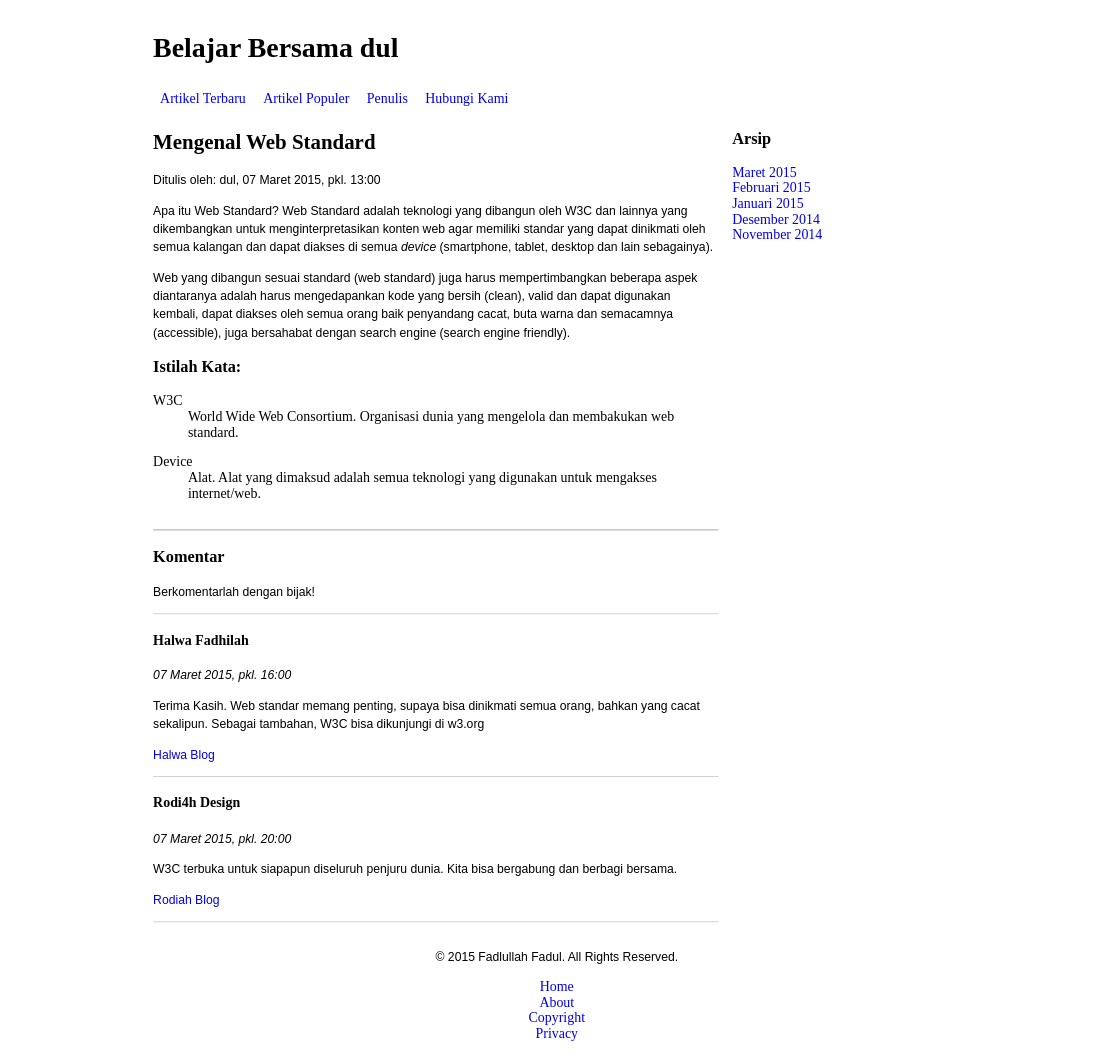
Repository: shandytp/surabaya-hijrah
Page: http://localhost/1.php
The author's editor kept a copy of each file at every save. The page is drawn from the files as they stood at one save, then again after the next save.
The browser window is 1280 px wide. The pictures show the whole page, at 87% of full size.
Some web libraries are served in a nearby version. The page is run by PHP 8.4 with error messages shown; the project is at /var/www/html/.

Above is the page before, as saved 2019-08-20 21:42:40.

After the next save:
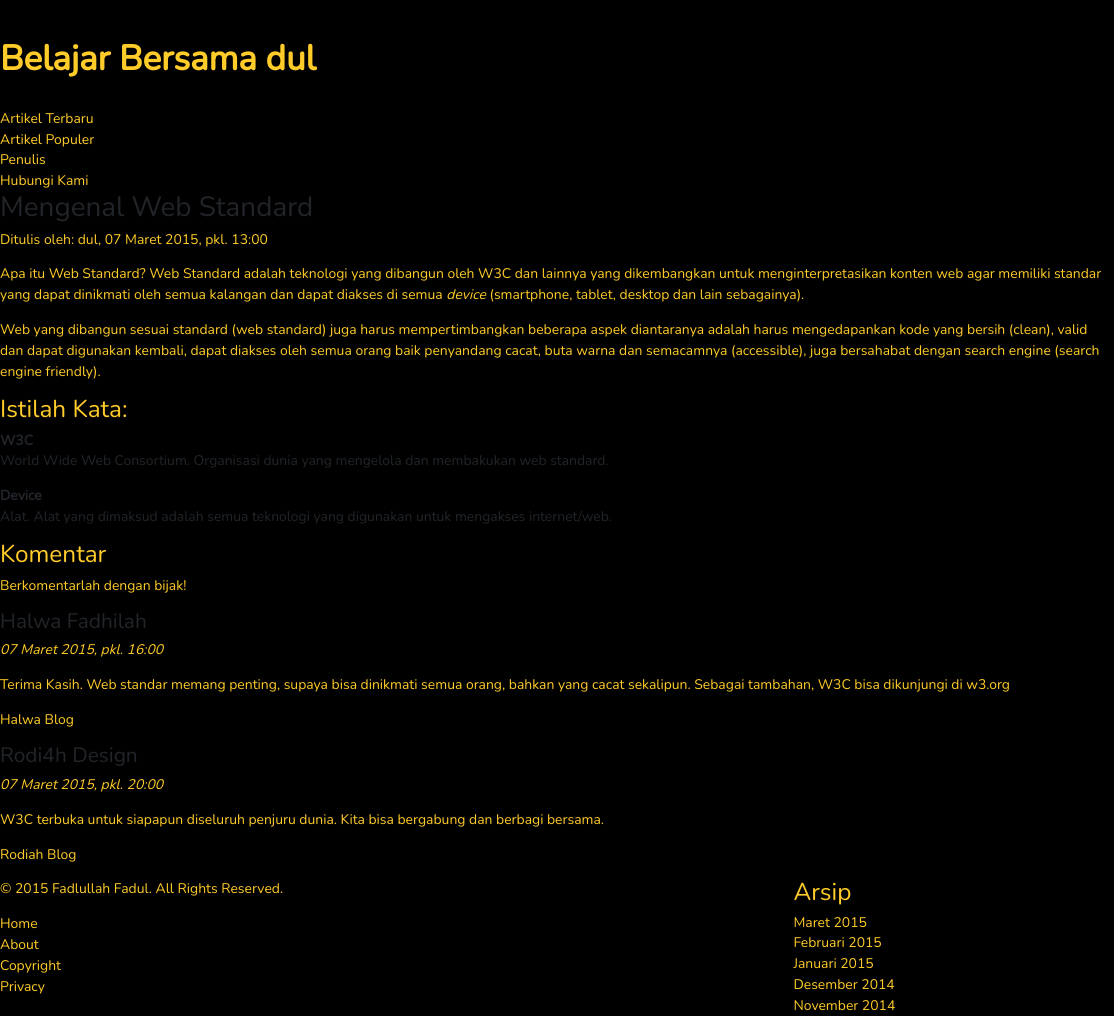
Console error: TypeError: Cannot read properties of undefined (reading 'fn')
Saved 37 s later.
--- a/1.php
+++ b/1.php
@@ -1,71 +1,38 @@
 <!DOCTYPE html>
-<html lang="id">
+<html lang="en">
 <head>
-<meta charset="utf-8" />
-<meta name="viewport" content="width=device-width, initial-scale=1.0" />
-<title>Mengenal Web Standard</title>
-<style>
-body {
-  -webkit-box-sizing: border-box;
-  -moz-box-sizing: border-box;
-  box-sizing: border-box;
-  width: 100%;
-  max-width: 960px;
-  margin:0 auto;
-  padding: 1em;
-  font-size: 100%;
-}
-p {
-  font-family: Arial, Helvetica, sans-serif;
-  font-size: 0.875em;
-  line-height: 1.5;
-}
-a {
-  text-decoration: none;
-}
-a:hover {
-  border-bottom: 1px solid blue;
-}
-ul {
-  margin:0;
-  padding:0;
-  list-style:none;
-}
-#header ul li {
-  display:inline-block;
-  padding: .5em;
-}
-#content{
-  width: 70%;
-  float: left;
-}
-#content section {
-  margin-top: 2em;
-  border-top: 2px solid #ccc;
-}
-#sidebar {
-  -webkit-box-sizing: border-box;
-  -moz-box-sizing: border-box;
-  box-sizing: border-box;
-  width: 30%;
-  float: right;
-  padding-left: 1em;
-}
-section h3+p {
-  border-bottom: 1px solid #ccc;
-  padding-bottom: 1em;
-}
-section article {
-  border-bottom: 1px solid #ccc;
-  line-height:normal;
-}
-#footer {
-  clear:both;
-  text-align:center;
-  padding-top: 1em;
-}
-</style>
+    <meta charset="UTF-8">
+    <meta name="author" content="Wisnu Aria Y,Moch Shandy Tsalasa Putra">
+    <meta name="viewport" content="width=device-width, initial-scale=1.0">
+    <meta http-equiv="X-UA-Compatible" content="ie=edge">
+    <!-- Icon -->
+
+    <link rel="shortcut icon" href="pictures/kahf.png" type="image/x-icon">
+    <link rel="icon" href="pictures/favicon.ico" type="image/x-icon">
+
+    <!-- Source CDN (Content Delivery Network) -->
+
+    <!-- Navbar Bootstrap -->
+    <link rel="stylesheet" href="https://maxcdn.bootstrapcdn.com/bootstrap/4.0.0-beta/css/bootstrap.min.css" integrity="sha384-/Y6pD6FV/Vv2HJnA6t+vslU6fwYXjCFtcEpHbNJ0lyAFsXTsjBbfaDjzALeQsN6M" crossorigin="anonymous">
+    <script src="//maxcdn.bootstrapcdn.com/bootstrap/4.0.0/js/bootstrap.min.js"></script>
+    <script src="//code.jquery.com/jquery-1.11.1.min.js"></script>
+
+    <!-- Glider JS -->
+    <link rel="stylesheet" href="css/glider.min.css" type="text/css">
+
+    <!-- Icon-icon -->
+    <link rel="stylesheet" href="https://stackpath.bootstrapcdn.com/font-awesome/4.7.0/css/font-awesome.min.css">
+
+    <!-- Program -->
+
+    <!-- Main CSS -->
+    <link rel="stylesheet" href="css/main.css">
+
+    <!-- Title -->
+    <title>Surabaya Hijrah</title>
 </head>
+
+
 
 <body>
 <!-- <header> untuk <body> element - header utama -->
